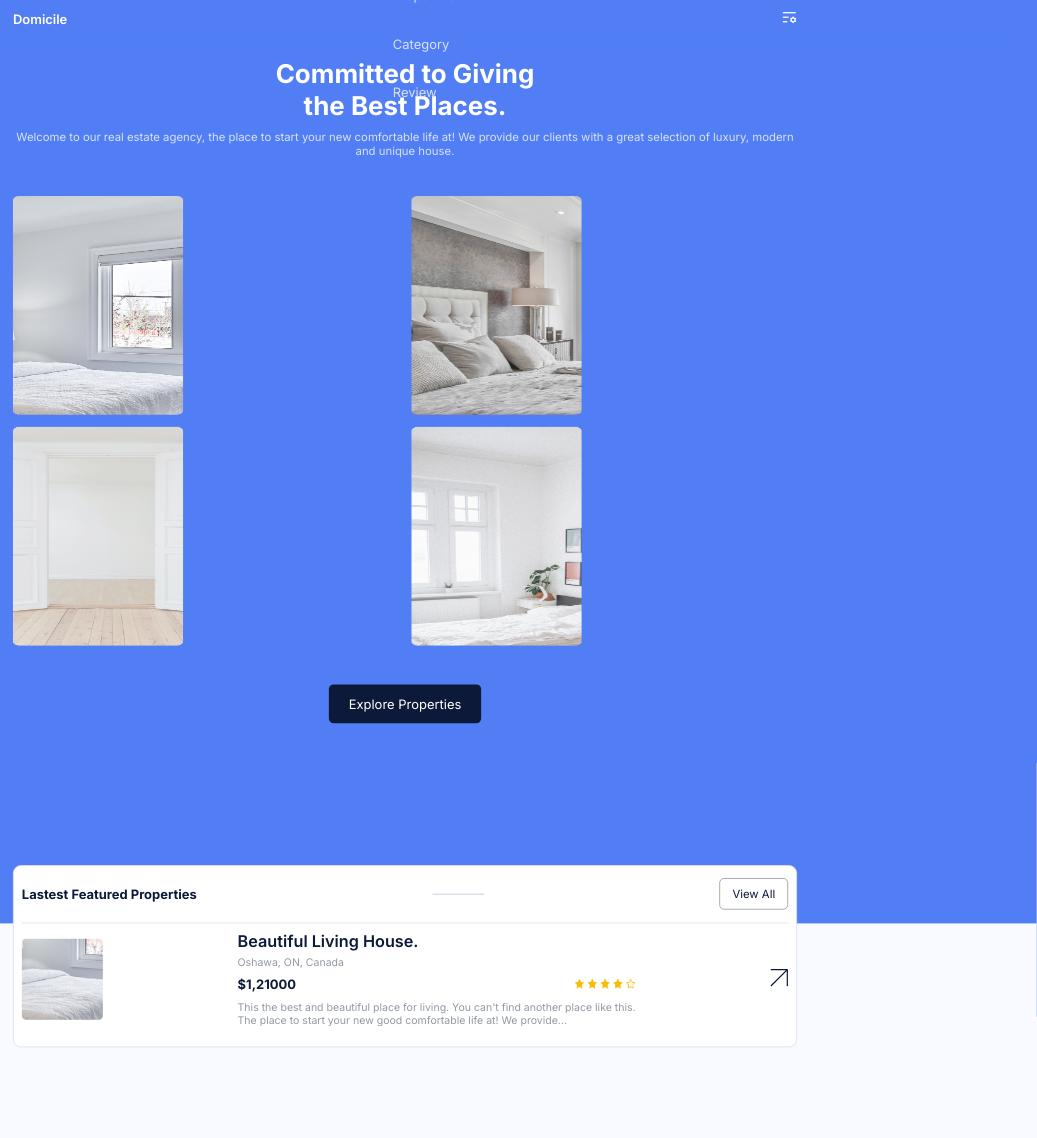
Repository: haokiet2501/domicile-real-estate
Page: index.html
An editor plug-in stored every save of this project. The page is shown before and after the next save, followed by the edit.
The browser window is 1280 px wide. The pictures show the whole page, at 81% of full size.
The style sheet was rebuilt from its Sass, Less or Tailwind sources for each picture, by a compiler version that may differ from the author's.

Above is the page before, as saved 2022-06-11 16:35:18.

After the next save:
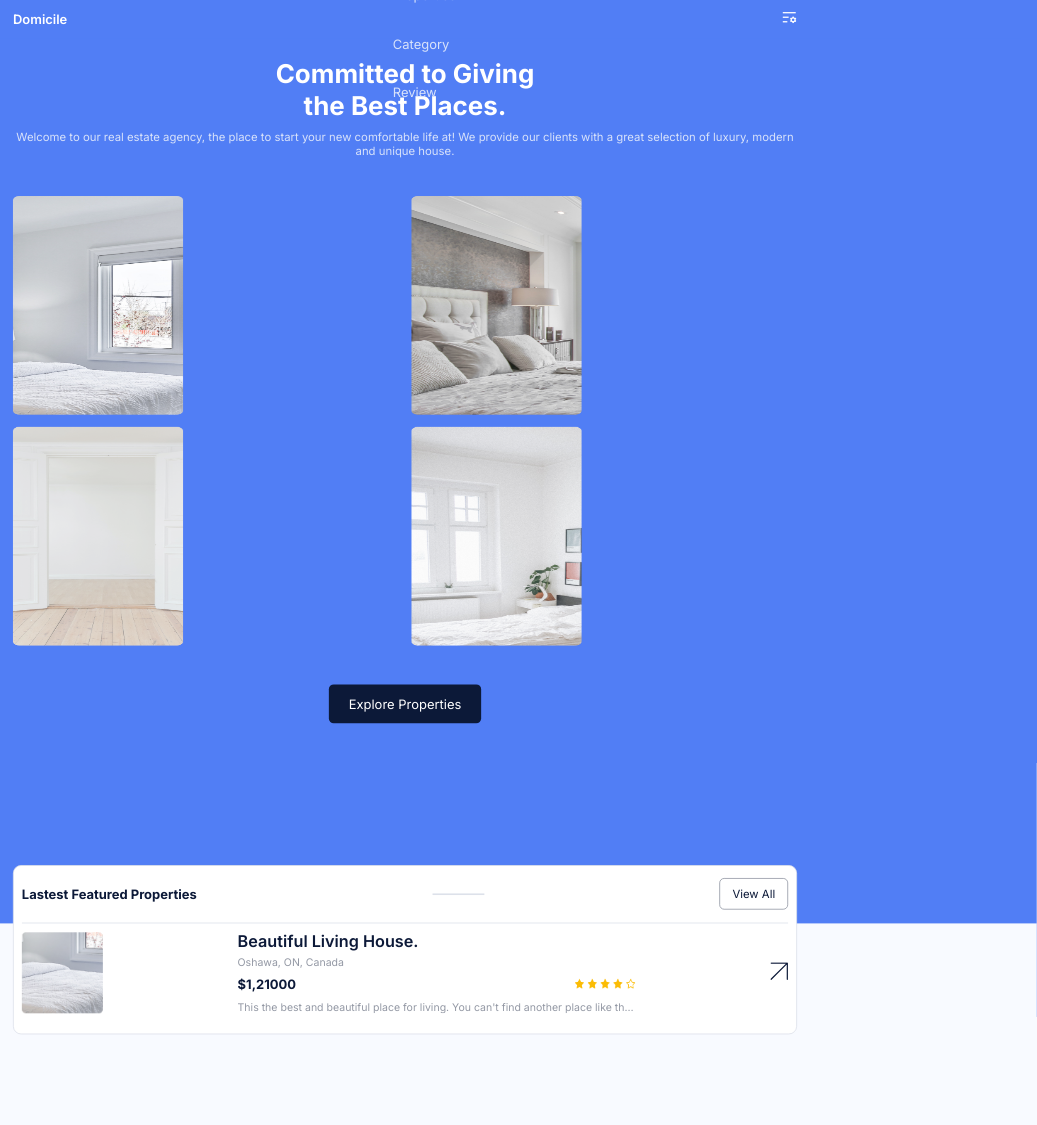
Saved 15 s later.
--- a/sass/main/_main.scss
+++ b/sass/main/_main.scss
@@ -253,7 +253,7 @@
                 font-size: var(--smaller-font-size);
                 font-weight: var(--font-smaller);
                 display: -webkit-box;
-                -webkit-line-clamp: 3;
+                -webkit-line-clamp: 1;
                 -webkit-box-orient: vertical;
                 overflow: hidden;
                 text-overflow: ellipsis;
